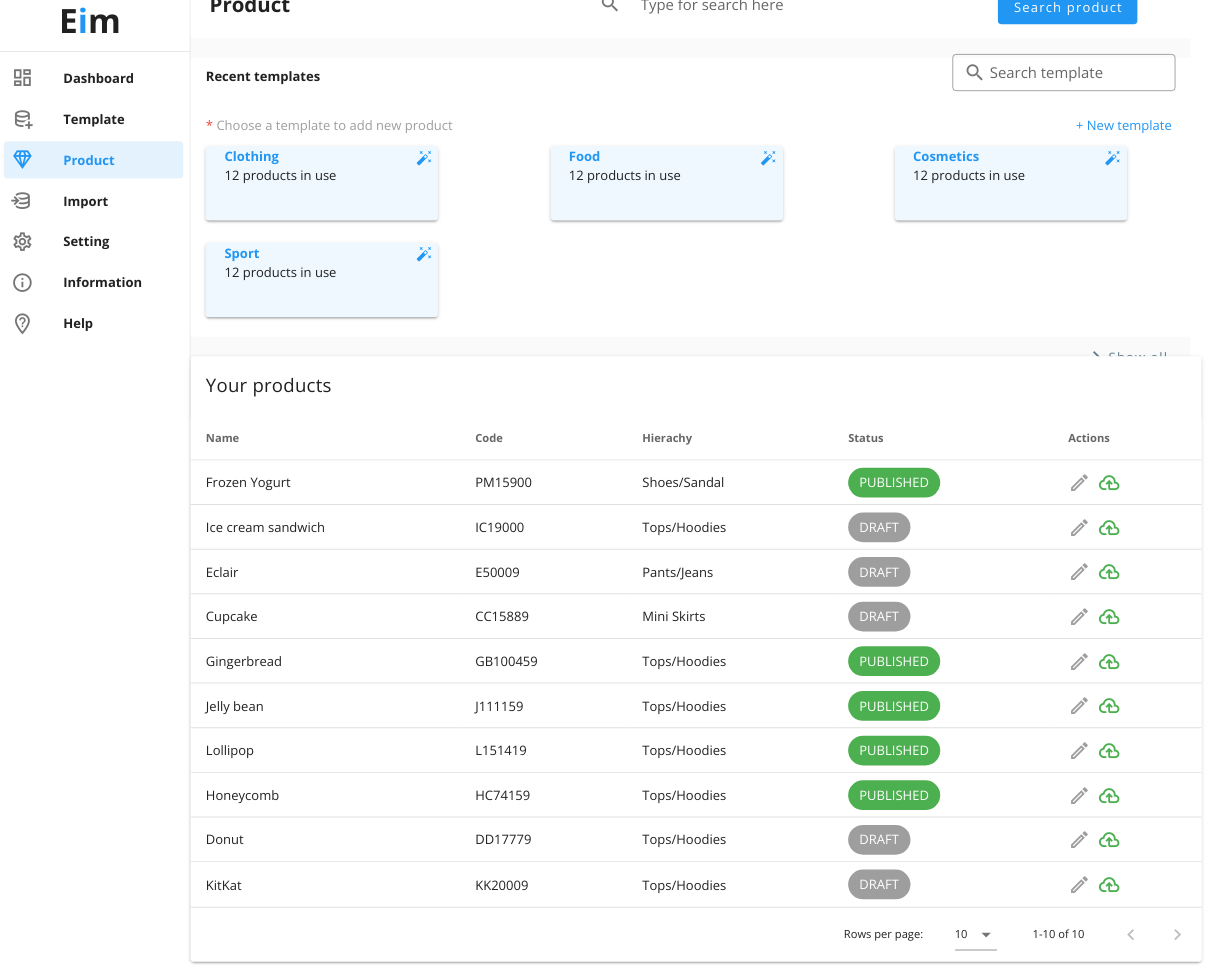
Repository: nguyenphuong152/pim-template
Page: /product
These files come from the project's save history. The page is drawn as it stood at one moment and after the next save; the edit follows.
The browser window is 1280 px wide. The page is 1304 px wide, so the pictures cover 1304 px, including what lies to the right of the window. The pictures show the whole page, at 93% of full size.
The project was rebuilt for these pictures with package versions that can differ from the ones it lists, and the page was loaded fresh each time. Also part of the build but not shown: vue.config.js, src/views/Home.vue, src/components/Outcome_1/SearchTemplate.vue, src/components/Outcome_1/YourTemplate.vue, src/components/Outcome_1/ListComponent.vue, src/components/Outcome_1/AddInfo.vue, src/components/Outcome_1/AddDetail.vue, src/components/Outcome_1/ListComponentProgressive.vue and 18 more.

Above is the page before, as saved 2021-01-02 09:10:27.

### public/index.html
<!DOCTYPE html>
<html lang="en">
  <head>
    <meta charset="utf-8" />
    <meta http-equiv="X-UA-Compatible" content="IE=edge" />
    <meta name="viewport" content="width=device-width,initial-scale=1.0" />
    <link rel="icon" href="<%= BASE_URL %>favicon.ico" />
    <link rel="preconnect" href="https://fonts.gstatic.com" />
    <link rel="preconnect" href="https://fonts.gstatic.com" />
    <link rel="preconnect" href="https://fonts.gstatic.com" />
    <link
      href="https://fonts.googleapis.com/css2?family=Open+Sans:wght@300;400;600;700;800&display=swap"
      rel="stylesheet"
    />
    <link
      href="https://fonts.googleapis.com/css?family=Montserrat:300,400,500,600,700"
      rel="stylesheet"
    />
    <title><%= htmlWebpackPlugin.options.title %></title>
    <link
      rel="stylesheet"
      href="https://fonts.googleapis.com/css?family=Roboto:100,300,400,500,700,900"
    />
    <link
      rel="stylesheet"
      href="https://cdn.jsdelivr.net/npm/@mdi/font@latest/css/materialdesignicons.min.css"
    />
  </head>
  <body>
    <noscript>
      <strong
        >We're sorry but <%= htmlWebpackPlugin.options.title %> doesn't work
        properly without JavaScript enabled. Please enable it to
        continue.</strong
      >
    </noscript>
    <div id="app"></div>
    <!-- built files will be auto injected -->
  </body>
</html>

### src/main.js
import Vue from "vue";
import App from "./App.vue";
import router from "./router";
import "../sass/style.scss";
import vuetify from "./plugins/vuetify";
import store from "./store";
import { VueMaskDirective } from "v-mask";
Vue.directive("mask", VueMaskDirective);

Vue.config.productionTip = false;

new Vue({
  store,
  router,
  vuetify,
  render: (h) => h(App),
}).$mount("#app");

### src/App.vue
<template>
  <v-app v-bind:style="{ background: activeColor }">
    <v-card height="80" flat class="hidden-md-and-up align-baseline">
      <v-row style="height:0px">
        <v-col class="px-0" cols="3">
          <span class="logo text-start">
            E<span class="blue--text">i</span>m</span
          >
        </v-col>
        <v-col>
          <div class="text-end">
            <v-menu offset-y>
              <template v-slot:activator="{ on }">
                <v-app-bar-nav-icon v-on="on"></v-app-bar-nav-icon>
              </template>
              <v-list>
                <v-list-item
                  v-for="(item, index) in items"
                  :key="index"
                  :to="item.path"
                  color="blue"
                >
                  <v-list-item-title class="text-start">{{
                    item.title
                  }}</v-list-item-title>
                </v-list-item>
              </v-list>
            </v-menu>
          </div>
        </v-col>
      </v-row>
    </v-card>

    <v-row>
      <v-col cols="2" class="pa-0 hidden-xs-only">
        <v-navigation-drawer permanent width="220" class="hidden-xs-only">
          <v-list-item>
            <v-list-item-content>
              <v-list-item-title class="logo">
                E<span class="blue--text">i</span>m
              </v-list-item-title>
            </v-list-item-content>
          </v-list-item>

          <v-divider></v-divider>

          <v-list dense nav class="text-start pl-4">
            <v-list-item
              v-for="item in items"
              :key="item.title"
              :to="item.path"
              color="blue"
            >
              <v-list-item-icon>
                <v-icon>{{ item.icon }}</v-icon>
              </v-list-item-icon>
              <v-list-item-content>
                <v-list-item-title class="template-title font-weight-bold ">{{
                  item.title
                }}</v-list-item-title>
              </v-list-item-content>
            </v-list-item>
          </v-list>
        </v-navigation-drawer>
      </v-col>
      <v-col class="pa-0">
        <router-view />
      </v-col>
    </v-row>
  </v-app>
</template>

<script>
export default {
  name: "App",
  components: {},
  watch: {
    $route(to) {
      document.title = `${to.meta.title}`;
    },
  },
  data() {
    return {
      clicked: false,
      activeColor: "#FAFAFA",
      items: [
        { title: "Dashboard", icon: "mdi-view-dashboard-outline", path: "" },
        {
          title: "Template",
          icon: "mdi-database-plus-outline",
          path: "/template",
        },
        { title: "Product", icon: "mdi-diamond-stone", path: "/product" },
        {
          title: "Import",
          icon: "mdi-database-import-outline",
          path: "/import",
        },

        { title: "Setting", icon: "mdi-cog-outline", path: "" },
        { title: "Information", icon: "mdi-information-outline", path: "" },
        { title: "Help", icon: "mdi-map-marker-question-outline", path: "" },
      ],
      right: null,
    };
  },
};
</script>

### src/router/index.js
import Vue from "vue";
import VueRouter from "vue-router";
import Home from "../views/Home.vue";
import Template from "../views/Outcome_1/CreateProductTemplate.vue";
import Product from "../views/Outcome_2/Outcome_2_screen.vue";
import AddProduct from "../views/Outcome_2/AddProduct.vue";
import Import from "../views/Outcome_3/outcome3_screen.vue";

Vue.use(VueRouter);

const routes = [
  {
    path: "/",
    name: "Home",
    component: Home,
  },
  {
    path: "/template",
    name: "Template",
    component: Template,
    meta: {
      title: "Add Template",
    },
  },
  {
    path: "/product",
    name: "Product",
    component: Product,
    meta: {
      title: "Product",
    },
  },
  {
    path: "/addproduct/:name",
    name: "AddProduct",
    component: AddProduct,
    meta: {
      title: "Add Product",
    },
  },
  {
    path: "/import",
    name: "Import",
    component: Import,
    meta: {
      title: "Import",
    },
  },
  {
    path: "/about",
    name: "About",
    // route level code-splitting
    // this generates a separate chunk (about.[hash].js) for this route
    // which is lazy-loaded when the route is visited.
    component: () =>
      import(/* webpackChunkName: "about" */ "../views/About.vue"),
  },
];

const router = new VueRouter({
  mode: "history",
  base: process.env.BASE_URL,
  routes,
});

export default router;

### sass/style.scss
$font-primary: 'Open Sans',
sans-serif;

@import "~vuetify/src/styles/styles.sass";

$fontsize-content: 14px;
$fontsize-title: 24px;
$fontsize-logo:36px;
$fontsize-header:22px;
$fontsize-nav:20px;


#app {
  font-family: $font-primary;
   font-size:$fontsize-content;
  -webkit-font-smoothing: antialiased;
  -moz-osx-font-smoothing: grayscale;
  text-align: center;
  color: #2c3e50;
}

#nav {
  padding: 30px;
}

#nav a {
  font-weight: bold;
  color: #2c3e50;
}

#nav a.router-link-exact-active {
  color: #42b983;
}

.title {
  font: $font-primary !important;
  font-size: $fontsize-nav !important;
}

.logo {
  @extend .title;
  font-weight: 700 !important;
  font-size: $fontsize-logo !important;
}

.text-header {
  font: $font-primary !important;
  font-size: $fontsize-header !important;
  font-weight: 700;
}


.template-title {
  @extend .title;
  font-size: $fontsize-content !important;
}

### src/store/index.js
import Vue from "vue";
import Vuex from "vuex";

Vue.use(Vuex);

import state from "./state";
import * as getters from "./getters";
import * as mutations from "./mutations";
import * as actions from "./actions";

export default new Vuex.Store({
  state,
  getters,
  mutations,
  actions,
});

### src/views/Outcome_2/Outcome_2_screen.vue
<template>
  <div>
    <v-row>
      <v-col height="100%"
        ><Search />
        <br />
        <RecentTemplate />
        <br />
        <ListProduct
          :class="{
            'mx-6': $vuetify.breakpoint.smAndDown,
            'ma-0': $vuetify.breakpoint.mdAndUp,
          }"
        />
      </v-col>
    </v-row>
  </div>
</template>

<script>
import Search from "../../components/Outcome_2/SearchProduct";
import RecentTemplate from "../../components/Outcome_2/RecentTemplate";
import ListProduct from "../../components/Outcome_2/ListProduct";
export default {
  components: {
    Search,
    RecentTemplate,
    ListProduct,
  },
};
</script>

<style></style>

### src/store/state.js
export default {
  listNewComponent: [],

  basicInfo: [],
  textComponent: [],
  imageComponent: null,
  videoComponent: null,
  colorComponent: null,
  dateComponent: [],
  selectComponent: {
    selectionTitle: [],
  },
  listTemplate: [],
  customComponent: [],

  toogleRerenderComponent: 0,
  generateImage: 1,
};

### src/store/getters.js
export const listComponent = (state) => {
  return state.listNewComponent;
};

export const basicInfo = (state) => {
  return state.basicInfo;
};

export const textComponent = (state) => {
  return state.textComponent;
};
export const imageComponent = (state) => {
  return state.imageComponent;
};
export const videoComponent = (state) => {
  return state.videoComponent;
};
export const colorComponent = (state) => {
  return state.colorComponent;
};
export const dateComponent = (state) => {
  return state.dateComponent;
};
export const selectComponent = (state) => {
  return state.selectComponent;
};

export const key = (state) => {
  return state.toogleRerenderComponent;
};

export const listTemplate = (state) => {
  return state.listTemplate;
};

export const generateImage = (state) => {
  return state.generateImage;
};

### src/store/actions.js
export const addComponentToList = ({ commit }, { component }) => {
  commit("ADD_TO_LIST", { component });
};

export const deleteComponentFromList = ({ commit }, component) => {
  commit("DELETE_FROM_LIST", component);
};

export const addBasicInfoForTemplate = ({ commit }, { basicInfo }) => {
  commit("ADD_BASIC_INFO_FOR_TEMPLATE", basicInfo);
};

export const addTextComponentForTemplate = ({ commit }, { textComponent }) => {
  commit("ADD_TEXT_COMPONENT_FOR_TEMPLATE", textComponent);
};

export const addImageComponentForTemplate = ({ commit }, { countImage }) => {
  commit("ADD_IMAGE_COMPONENT_FOR_TEMPLATE", countImage);
};

export const addVideoComponentForTemplate = ({ commit }, { countVideo }) => {
  commit("ADD_VIDEO_COMPONENT_FOR_TEMPLATE", countVideo);
};

export const addColorComponentForTemplate = ({ commit }, { countColor }) => {
  commit("ADD_COLOR_COMPONENT_FOR_TEMPLATE", countColor);
};

export const addDateComponentForTemplate = ({ commit }, { dateComponent }) => {
  commit("ADD_DATE_COMPONENT_FOR_TEMPLATE", dateComponent);
};

export const addSelectComponentForTemplate = (
  { commit },
  { title, selections }
) => {
  commit("ADD_SELECT_COMPONENT_FOR_TEMPLATE", { title, selections });
};

export const rerenderComponent = ({ commit }) => {
  commit("RERENDER_COMPONENT");
};

export const generateImage = ({ commit }) => {
  commit("GENERATE_IMAGE");
};

export const deleteListTemplate = ({ commit }) => {
  commit("DELETE_LIST");
};

export const createTemplate = (
  { commit },
  {
    name,
    basicInfo,
    textComponent,
    imageComponent,
    videoComponent,
    colorComponent,
    dateComponent,
    selectComponent,
  }
) => {
  commit("CREATE_TEMPLATE", {
    name,
    basicInfo,
    textComponent,
    imageComponent,
    videoComponent,
    colorComponent,
    dateComponent,
    selectComponent,
  });
};

### src/components/Outcome_2/SearchProduct.vue
<template>
  <v-card class="text-start" height="65" flat>
    <v-row class="d-flex align-baseline">
      <v-col md="5" class="text-header pl-8">Product</v-col>
      <v-col sm="8" md="6" class="pa-0 hidden-xs-only">
        <v-row class="align-baseline">
          <v-text-field
            flat
            solo
            label="Type for search here"
            prepend-icon="mdi-magnify"
          ></v-text-field>
          <v-btn
            depressed
            color="blue"
            class="white--text text-none font-weight-medium"
          >
            Search product</v-btn
          >
        </v-row>
      </v-col>
    </v-row>
  </v-card>
</template>

<script>
export default {
  methods: {},
};
</script>

<style></style>

### src/components/Outcome_2/RecentTemplate.vue
<template>
  <v-card :height="setHeight" width="100%" class="py-2" flat>
    <v-row class="align-baseline mx-4">
      <v-col class="py-0 text-start px-0" cols="9"
        ><span class="font-weight-bold">Recent templates</span>
      </v-col>
      <v-col class="py-0 hidden-xs-only">
        <v-text-field
          outlined
          dense
          label="Search template"
          hint="Example: Clothes"
          prepend-inner-icon="mdi-magnify"
        ></v-text-field>
      </v-col>
    </v-row>
    <v-row class="mx-4">
      <span class="grey--text"
        ><span class="red--text">* </span> Choose a template to add new
        product</span
      >
      <v-spacer></v-spacer>
      <span class="blue--text hidden-xs-only mr-4">+ New template</span>
    </v-row>
    <v-row>
      <v-col v-for="(item, i) in items" :key="i" class="mx-4 " xs="6">
        <v-card
          color="#f0f8ff"
          :width="setWidthCard"
          height="80"
          @click="addProduct(item.name)"
        >
          <div class="d-flex child-flex justify-space-between">
            <v-row>
              <v-col class="text-start pl-8">
                <span class="template-title font-weight-bold blue--text">{{
                  item.name
                }}</span>
                <br />
                <span class="font-weight-thin">{{ item.products }}</span>
              </v-col>
              <v-col cols="1">
                <v-icon color="blue" size="18" @click="showAddTemplate()"
                  >mdi-auto-fix</v-icon
                >
              </v-col>
            </v-row>
          </div>
        </v-card>
      </v-col>
      <v-row class="align-baseline hidden-md-and-up">
        <v-col class="text-start pl-10">
          <v-btn outlined style="text-transform:none" color="blue"
            >Add template</v-btn
          >
        </v-col>
        <v-col cols="5">
          <v-dialog v-model="dialog" scrollable max-width="300px">
            <template v-slot:activator="{ on, attrs }">
              <v-btn
                color="blue-grey"
                dark
                v-bind="attrs"
                v-on="on"
                text
                style="text-transform:none"
              >
                <v-icon color="blue-grey"> mdi-chevron-right </v-icon>Show all
              </v-btn>
            </template>
            <v-card height="100%">
              <v-card-title>
                Your template
                <v-spacer></v-spacer>
                <v-icon color="red" @click="dialog = false"
                  >mdi-window-close</v-icon
                >
              </v-card-title>
              <v-divider></v-divider>
              <v-card-text style="height:500px;">
                <v-col v-for="(item, i) in templates" :key="i"
                  ><v-card color="#f0f8ff" @click="addProduct(item.name)">
                    <div class="d-flex flex-no-wrap justify-space-between">
                      <div>
                        <v-row>
                          <v-col class="text-start pl-8">
                            <span
                              class="template-title font-weight-bold blue--text"
                              >{{ item.name }}</span
                            >
                            <br />
                            <span class="font-weight-thin">{{
                              item.products
                            }}</span>
                          </v-col>
                        </v-row>
                      </div>
                    </div>
                  </v-card></v-col
                ></v-card-text
              >
            </v-card>
          </v-dialog>
        </v-col>
      </v-row>
    </v-row>
    <v-row>
      <v-col cols="10" class="px-0"></v-col>
      <v-col class="px-0">
        <v-dialog v-model="dialog" scrollable max-width="300px">
          <template v-slot:activator="{ on, attrs }">
            <v-btn
              color="blue-grey"
              dark
              v-bind="attrs"
              v-on="on"
              text
              style="text-transform:none"
            >
              <v-icon color="blue-grey"> mdi-chevron-right </v-icon>Show all
            </v-btn>
          </template>
          <v-card height="100%">
            <v-card-title>
              Your template
              <v-spacer></v-spacer>
              <v-icon color="red" @click="dialog = false"
                >mdi-window-close</v-icon
              >
            </v-card-title>
            <v-divider></v-divider>

            <v-card-text style="height:500px;">
              <v-col v-for="(item, i) in templates" :key="i"
                ><v-card color="#f0f8ff" @click="addProduct(item.name)">
                  <div class="d-flex flex-no-wrap justify-space-between">
                    <div>
                      <v-row>
                        <v-col class="text-start pl-8">
                          <span
                            class="template-title font-weight-bold blue--text"
                            >{{ item.name }}</span
                          >
                          <br />
                          <span class="font-weight-thin">{{
                            item.products
                          }}</span>
                        </v-col>
                      </v-row>
                    </div>
                  </div>
                </v-card></v-col
              ></v-card-text
            >
          </v-card>
        </v-dialog>
      </v-col>
    </v-row>
  </v-card>
</template>

<script>
export default {
  data: () => ({
    dialog: false,
    items: [
      {
        name: "Clothing",
        products: "12 products in use",
      },
      {
        name: "Food",
        products: "12 products in use",
      },
      {
        name: "Cosmetics",
        products: "12 products in use",
      },
      {
        name: "Sport",
        products: "12 products in use",
      },
    ],
    templates: [
      {
        name: "Clothing",
        products: "12 products in use",
      },
      {
        name: "Food",
        products: "12 products in use",
      },
      {
        name: "Cosmetics",
        products: "12 products in use",
      },
      {
        name: "Sport",
        products: "12 products in use",
      },
    ],
  }),
  methods: {
    addProduct(text) {
      this.$router.push({
        name: "AddProduct",
        params: { name: text },
      });
    },
  },
  created() {
    this.listTemplate = this.$store.getters.listTemplate;
    for (var i = 0; i < this.listTemplate.length; i++) {
      var element = {};
      element.name = this.listTemplate[i].name;
      element.products = "Add new product !";
      this.templates.unshift(element);
    }
  },
  computed: {
    setHeight() {
      if (
        this.$vuetify.breakpoint.name === "xs" ||
        this.$vuetify.breakpoint.name === "sm"
      ) {
        return 350;
      } else return 300;
    },
    setWidthCard() {
      if (
        this.$vuetify.breakpoint.name === "xs" ||
        this.$vuetify.breakpoint.name === "sm"
      ) {
        return 150;
      } else return 250;
    },
  },
};
</script>

<style></style>

### src/components/Outcome_2/ListProduct.vue
<template>
  <v-card>
    <v-card-title>
      Your products
    </v-card-title>
    <v-data-table :headers="headers" :items="desserts">
      <template v-slot:item.status="{ item }">
        <v-chip :color="getColor(item.status)" dark>
          {{ item.status }}
        </v-chip>
      </template>
      <template v-slot:item.actions="{ item }">
        <v-icon medium class="mr-2" @click="editItem(item)" color="grey">
          mdi-pencil-outline
        </v-icon>
        <v-icon medium @click="deleteItem(item)" color="green">
          mdi-cloud-upload-outline
        </v-icon>
      </template>
    </v-data-table>
  </v-card>
</template>

<script>
export default {
  data() {
    return {
      search: "",
      headers: [
        {
          text: "Name",
          align: "start",
          sortable: false,
          value: "name",
        },
        { text: "Code", value: "code" },
        { text: "Hierachy", value: "hierachy" },
        { text: "Status", value: "status" },
        { text: "Actions", value: "actions", sortable: false },
      ],
      desserts: [
        {
          name: "Frozen Yogurt",
          code: "PM15900",
          hierachy: "Shoes/Sandal",
          status: "PUBLISHED",
        },
        {
          name: "Ice cream sandwich",
          code: "IC19000",
          hierachy: "Tops/Hoodies",
          status: "DRAFT",
        },
        {
          name: "Eclair",
          code: "E50009",
          hierachy: "Pants/Jeans",
          status: "DRAFT",
        },
        {
          name: "Cupcake",
          code: "CC15889",
          hierachy: "Mini Skirts",
          status: "DRAFT",
        },
        {
          name: "Gingerbread",
          code: "GB100459",
          hierachy: "Tops/Hoodies",
          status: "PUBLISHED",
        },
        {
          name: "Jelly bean",
          code: "J111159",
          hierachy: "Tops/Hoodies",
          status: "PUBLISHED",
        },
        {
          name: "Lollipop",
          code: "L151419",
          hierachy: "Tops/Hoodies",
          status: "PUBLISHED",
        },
        {
          name: "Honeycomb",
          code: "HC74159",
          hierachy: "Tops/Hoodies",
          status: "PUBLISHED",
        },
        {
          name: "Donut",
          code: "DD17779",
          hierachy: "Tops/Hoodies",
          status: "DRAFT",
        },
        {
          name: "KitKat",
          code: "KK20009",
          hierachy: "Tops/Hoodies",
          status: "DRAFT",
        },
      ],
    };
  },
  methods: {
    getColor(status) {
      if (status === "DRAFT") return "grey";
      else return "green";
    },
  },
};
</script>

Loaded but not shown: src/plugins/vuetify.js (common file); src/store/mutations.js (113 lines, source omitted)

After the next save:
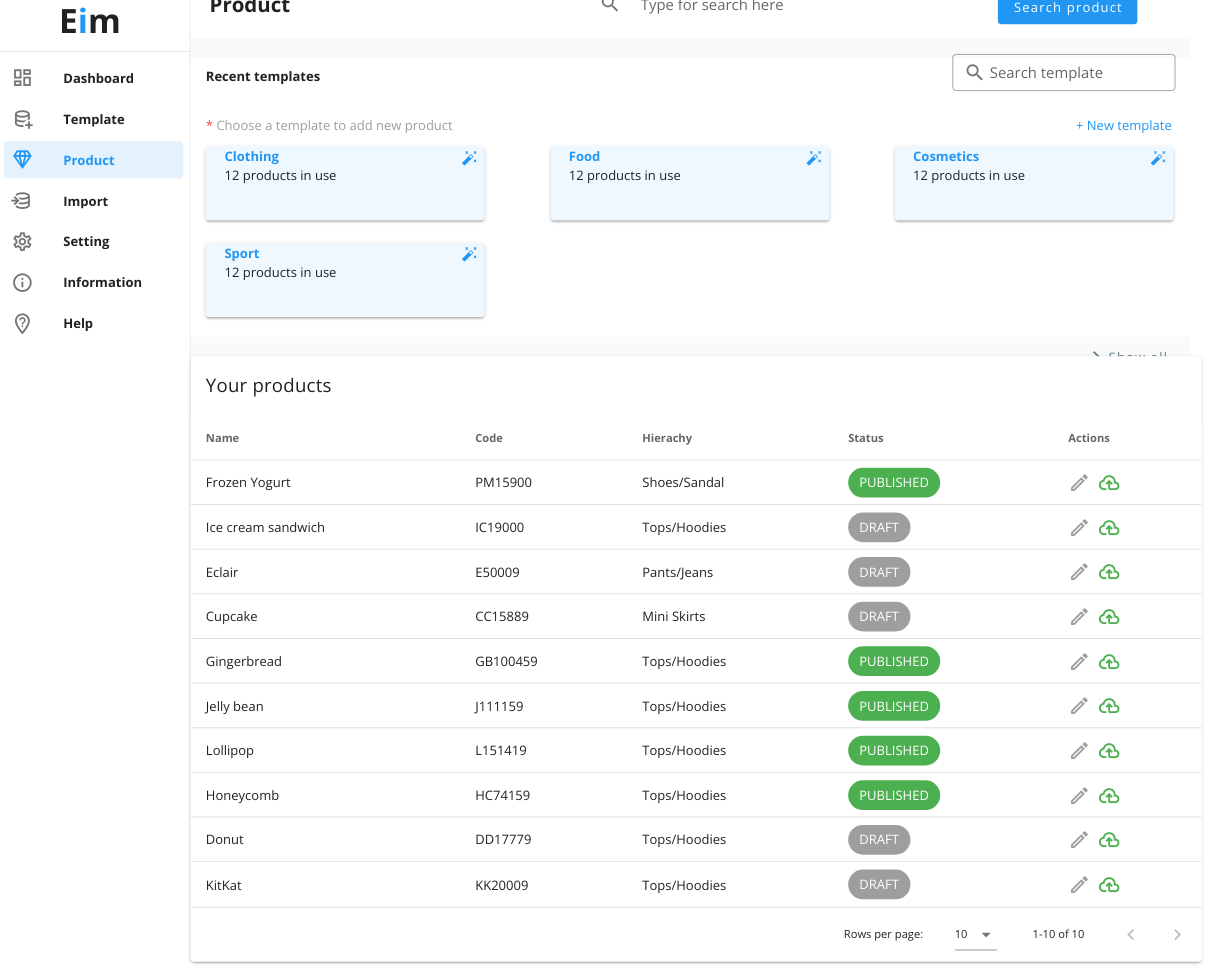
Saved 7 s later.
--- a/src/components/Outcome_2/RecentTemplate.vue
+++ b/src/components/Outcome_2/RecentTemplate.vue
@@ -232,7 +232,7 @@ export default {
         this.$vuetify.breakpoint.name === "sm"
       ) {
         return 150;
-      } else return 250;
+      } else return 300;
     },
   },
 };
